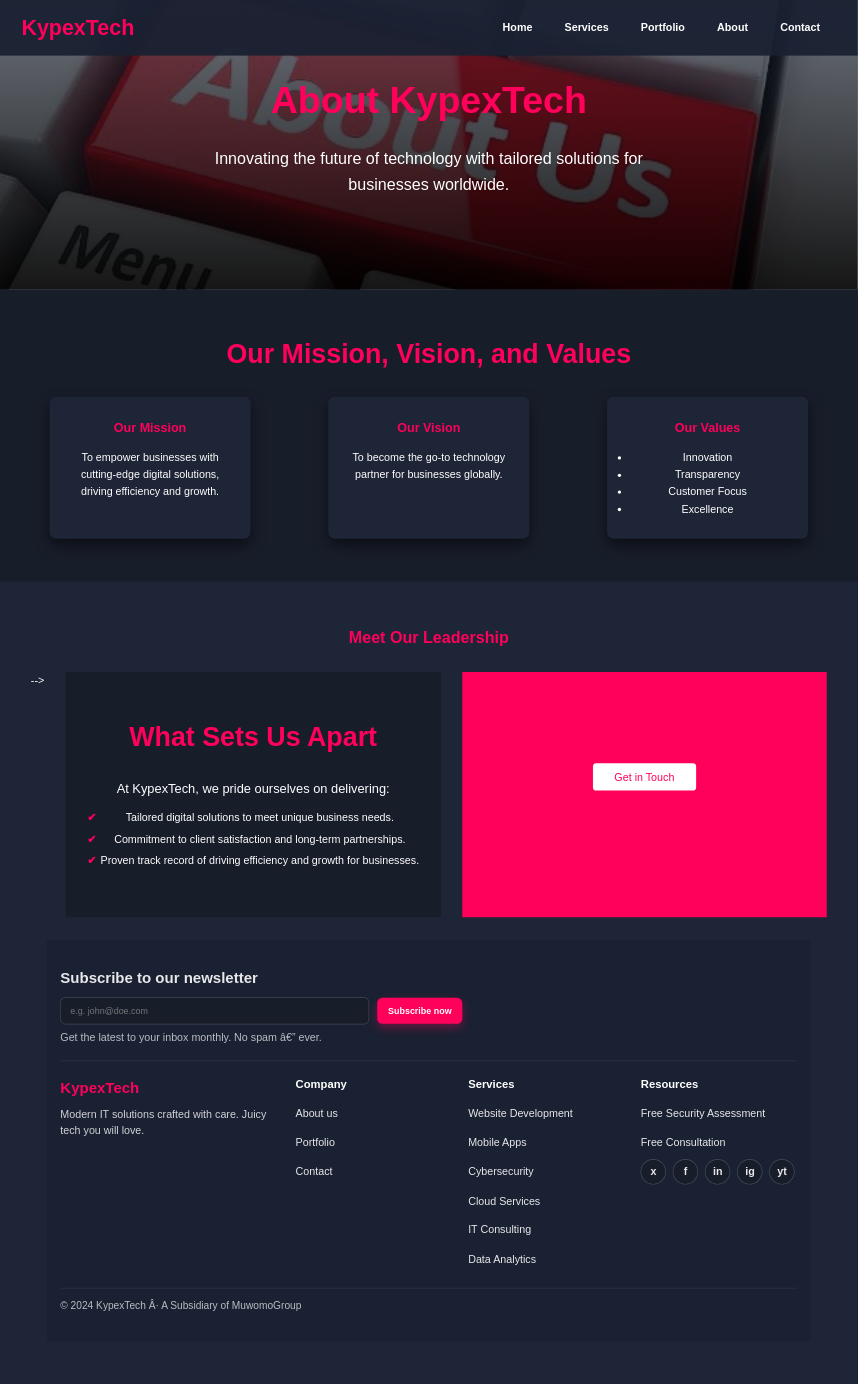
Repository: muwomotapiwa/KypexTechSolutions
Page: about.html
These files come from the project's save history. The page is drawn as it stood at one moment and after a run of saves; the edit follows.
The browser window is 1280 px wide. The pictures show the whole page, at 67% of full size.

Above is the page before, as saved 2025-09-03 22:58:04.

### about.html
<!DOCTYPE html>
<html lang="en">
<head>
    <meta http-equiv="Content-Security-Policy" content="default-src 'self'; script-src 'self' 'unsafe-inline' https://www.googletagmanager.com https://www.google-analytics.com; style-src 'self' 'unsafe-inline'; img-src 'self' data: https:; connect-src 'self' https://api.web3forms.com https://www.google-analytics.com https://ipwho.is; form-action https://api.web3forms.com; frame-src 'self' https://api.web3forms.com; frame-ancestors 'none'; base-uri 'self'; upgrade-insecure-requests">
    <meta name="referrer" content="strict-origin-when-cross-origin">
    <meta charset="UTF-8">
    <meta name="viewport" content="width=device-width, initial-scale=1.0">
    <title>About Us | KypexTech</title>
    <link rel="stylesheet" href="css/style.css">
    <link rel="stylesheet" href="css/about.css"> <!-- Page-Specific CSS -->
</head>
<body>
    <!-- Header -->
    <header>
        <div class="logo">KypexTech</div>
        <nav>
            <ul>
                <li><a href="index.html">Home</a></li>
                <li><a href="index.html#services">Services</a></li>
                <li><a href="portfolio.html">Portfolio</a></li>
                <li><a href="about.html">About</a></li>
                <li><a href="contact.html">Contact</a></li>
            </ul>
        </nav>
        <div class="menu-icon" id="menuIcon"></div>
        <div class="mobile-nav" id="mobileNav">
            <a href="index.html">Home</a>
            <a href="index.html#services">Services</a>
            <a href="portfolio.html">Portfolio</a>
            <a href="about.html">About</a>
            <a href="contact.html">Contact</a>
        </div>
    </header>


    <!-- Hero Section -->
    <section class="hero">
        <h1>About KypexTech</h1>
        <p>Innovating the future of technology with tailored solutions for businesses worldwide.</p>
    </section>

    <!-- Mission, Vision, and Values -->
    <section class="mission">
        <h2>Our Mission, Vision, and Values</h2>
        <div class="content">
            <div class="box">
                <h3>Our Mission</h3>
                <p>To empower businesses with cutting-edge digital solutions, driving efficiency and growth.</p>
            </div>
            <div class="box">
                <h3>Our Vision</h3>
                <p>To become the go-to technology partner for businesses globally.</p>
            </div>
            <div class="box">
                <h3>Our Values</h3>
                <ul>
                    <li>Innovation</li>
                    <li>Transparency</li>
                    <li>Customer Focus</li>
                    <li>Excellence</li>
                </ul>
            </div>
        </div>
    </section>

<!-- BEGIN HIDDEN leadership team
    <!-- Leadership Team -->
    <section class="team">
        <h2>Meet Our Leadership</h2>
        <div class="team-grid">-->
            <!-- CEO -->
            <!--<div class="team-member">
                <img src="assets/tapiwa.jpeg" alt="Tapiwa Mathew Muwomo">
                <h3>Mathew Muwomo</h3>
                <p><strong>Founder & CEO</strong></p>
                <p>
                    Mathew holds an Honours Degree in Economics and has nearly five years of experience in IT solutions.
                    With half a decade of expertise in Economics and Business, he brings a blend of analytical and technical prowess to lead KypexTech.
                </p>
            </div>-->
            <!-- Director -->
            <!--<div class="team-member">
                <img src="assets/bianca.jpeg" alt="Bianca Muwomo">
                <h3>Bianca Charuma</h3>
                <p><strong>Director, Human Resources | MBA, BSc (Hons) HR</strong></p>
                <p>
                    Bianca holds an MBA and a Bachelor of Science Honours Degree in Human Resources. With over six years of experience,
                    she brings strategic HR expertise to drive workforce efficiency and organizational success at KypexTech.
                </p>
            </div>
        </div>
    </section> -->
<!-- END HIDDEN leadership team -->

    <!-- Why Choose Us -->
    <section class="why-us">
        <h2>What Sets Us Apart</h2>
        <p>At KypexTech, we pride ourselves on delivering:</p>
        <ul>
            <li>Tailored digital solutions to meet unique business needs.</li>
            <li>Commitment to client satisfaction and long-term partnerships.</li>
            <li>Proven track record of driving efficiency and growth for businesses.</li>
        </ul>
    </section>

    <!-- Call-to-Action -->
    <section class="cta">
        <h2>Want to Partner With Us?</h2>
        <a href="contact.html" class="cta-button">Get in Touch</a>
    </section>

    <!-- Footer -->
    <footer class="site-footer">
        <section class="footer-newsletter" aria-label="Newsletter">
            <h3>Subscribe to our newsletter</h3>
            <form class="newsletter-form" action="https://api.web3forms.com/submit" method="POST">
                <input type="hidden" name="access_key" value="af31cdca-fdb5-4fd7-81bd-762838f8e47f">
                <input type="hidden" name="subject" value="Newsletter Signup - KypexTech">
                <input type="hidden" name="page" value="about.html">
                <input type="hidden" name="form" value="Newsletter">
                <input type="hidden" name="redirect" value="https://www.kypextech.co.za/newsletter-thank-you.html">
                <input type="checkbox" name="botcheck" class="hidden" style="display:none;">
                <label for="newsletter-email-about" class="sr-only">Email address</label>
                <input id="newsletter-email-about" type="email" name="email" placeholder="e.g. john@doe.com" required>
                <button type="submit" class="btn-subscribe">Subscribe now</button>
            </form>
            <p class="note">Get the latest to your inbox monthly. No spam â€” ever.</p>
        </section>
        <hr class="footer-sep">
        <section class="footer-columns">
            <div class="footer-brand col">
                <div class="footer-logo">KypexTech</div>
                <p>Modern IT solutions crafted with care. Juicy tech you will love.</p>
            </div>
            <nav class="col" aria-label="Company">
                <h4>Company</h4>
                <ul class="footer-list">
                    <li><a href="about.html">About us</a></li>
                    <li><a href="portfolio.html">Portfolio</a></li>
                    <li><a href="contact.html">Contact</a></li>
                </ul>
            </nav>
            <nav class="col" aria-label="Services">
                <h4>Services</h4>
                <ul class="footer-list">
                    <li><a href="website-development.html">Website Development</a></li>
                    <li><a href="mobile-app-development.html">Mobile Apps</a></li>
                    <li><a href="cybersecurity.html">Cybersecurity</a></li>
                    <li><a href="cloud-services.html">Cloud Services</a></li>
                    <li><a href="it-consulting.html">IT Consulting</a></li>
                    <li><a href="data-analytics.html">Data Analytics</a></li>
                </ul>
            </nav>
            <nav class="col" aria-label="Resources">
                <h4>Resources</h4>
                <ul class="footer-list">
                    <li><a href="assessment.html">Free Security Assessment</a></li>
                    <li><a href="consultation.html">Free Consultation</a></li>
                </ul>
                <div class="social-row" aria-label="Social links">
                    <a href="#" class="social-btn" aria-label="X">x</a>
                    <a href="#" class="social-btn" aria-label="Facebook">f</a>
                    <a href="#" class="social-btn" aria-label="LinkedIn">in</a>
                    <a href="#" class="social-btn" aria-label="Instagram">ig</a>
                    <a href="#" class="social-btn" aria-label="YouTube">yt</a>
                </div>
            </nav>
        </section>
        <div class="footer-bottom">
            <p>&copy; 2024 KypexTech Â· A Subsidiary of MuwomoGroup</p>
        </div>
    </footer>

    <script src="js/form-redirect.js"></script>
    <script src="js/script.js"></script>
</body>
</html>

### css/style.css
/* General Reset */
* {
    margin: 0;
    padding: 0;
    box-sizing: border-box;
    font-family: Arial, sans-serif;
}

body {
    background-color: #1a2132;
    color: #fff;
    line-height: 1.6;
    overflow-x: hidden;
}

a {
    text-decoration: none;
    color: #ff015b;
    transition: color 0.3s ease;
}

a:hover {
    color: #d10048;
}

/* Visually hidden (for accessible labels) */
.sr-only{ position:absolute; width:1px; height:1px; padding:0; margin:-1px; overflow:hidden; clip:rect(0,0,0,0); white-space:nowrap; border:0; }

/* Header */
header {
    position: fixed;
    top: 0;
    width: 100%;
    background-color: rgba(26, 33, 50, 0.95);
    padding: 1rem 2rem;
    display: flex;
    justify-content: space-between;
    align-items: center;
    z-index: 1000;
}

.logo {
    font-size: 2rem;
    font-weight: bold;
    color: #ff015b;
}

nav ul {
    list-style: none;
    display: flex;
}

nav ul li {
    margin: 0 1.5rem;
}

nav ul li a {
    color: #fff;
    font-weight: bold;
}

/* Mobile Menu */
.menu-icon {
    display: none;
    font-size: 2rem;
    color: #ff015b;
    cursor: pointer;
}

.menu-icon::before {
    content: '\2630';
    display: inline-block;
    transition: transform 0.3s;
}

.menu-icon.active::before {
    transform: rotate(90deg);
}

.mobile-nav {
    display: none;
    position: absolute;
    top: 100%;
    right: 0;
    background: #181d2a;
    width: 100%;
    text-align: center;
}

.mobile-nav.active {
    display: block;
}

.mobile-nav a {
    display: block;
    margin: 1rem 0;
    color: #ff015b;
    font-size: 1.2rem;
    font-weight: bold;
}

/* Hero Section */
.hero {
    background: linear-gradient(rgba(26, 33, 50, 0.7), rgba(0, 0, 0, 0.9)), url('../assets/Kypex_enhanced.jpeg');
    background-size: cover;
    background-position: center;
    height: 100vh;
    display: flex;
    justify-content: center;
    align-items: center;
    flex-direction: column;
    text-align: center;
}

.hero h1 {
    font-size: 4rem;
    margin-bottom: 1rem;
    color: #ff015b;
}

.hero p {
    font-size: 1.5rem;
    margin-bottom: 2rem;
    max-width: 700px;
}

.hero a {
    display: inline-block;
    background: #ff015b;
    color: #fff;
    padding: 0.75rem 2rem;
    border-radius: 5px;
    font-weight: bold;
    box-shadow: 0 5px 15px rgba(255, 1, 91, 0.5);
    transition: transform 0.3s ease, background 0.3s;
}

.hero a:hover {
    background: #d10048;
    transform: scale(1.05);
}

/* Services Section */
.services {
    padding: 6rem 2rem;
    background: #181d2a;
    text-align: center;
}

.services h2 {
    font-size: 3rem;
    margin-bottom: 3rem;
    color: #ff015b;
}

.service-grid {
    display: grid;
    grid-template-columns: repeat(3, 1fr);
    gap: 2rem;
}

.service-box {
    background: #1e2536;
    padding: 2rem;
    border-radius: 10px;
    box-shadow: 0 10px 20px rgba(0, 0, 0, 0.5);
    transition: transform 0.3s ease;
}

.service-box h3 {
    color: #ff015b;
    font-size: 1.8rem;
    margin-bottom: 1rem;
}

.service-box p {
    font-size: 1rem;
    color: #fff; /* Default text color */
    transition: color 0.3s ease; /* Smooth hover effect */
}

.service-box:hover {
    transform: translateY(-10px);
}

.service-box:hover p {
    color: #ff015b; /* Text turns red on hover */
}

/* Footer */
footer {
    background: #1a2132;
    color: #fff;
    text-align: center;
    padding: 2rem 0;
}

.footer-links a {
    margin: 0 1rem;
    color: #ff015b;
    font-size: 1.2rem;
}

/* Responsive */
@media (max-width: 768px) {
    nav ul {
        display: none;
    }

    .menu-icon {
        display: block;
    }

    .service-grid {
        grid-template-columns: 1fr;
    }
}

@media (max-width: 480px) {
    .hero h1 {
        font-size: 3rem;
    }

    .hero p {
        font-size: 1.2rem;
    }
}

/* Footer 2.0 (site-wide) */
.site-footer {
  background: #1a2132;
  color: #e8e8ea;
  padding: 40px 20px;
  border-top: 1px solid rgba(255,255,255,0.08);
  text-align: left;
}
.site-footer a { color: #e8e8ea; }
.site-footer a:hover { color: #ff015b; }

.footer-newsletter { max-width: 1100px; margin: 0 auto 22px; }
.footer-newsletter h3 { font-size: 1.4rem; margin-bottom: 10px; }
.footer-newsletter .newsletter-form {
  display: flex;
  gap: 12px;
  align-items: center;
  max-width: 600px;
}
.footer-newsletter input[type="email"]{
  flex: 1;
  padding: 12px 14px;
  background: #181d2a;
  border: 1px solid rgba(255,255,255,0.18);
  border-radius: 8px;
  color: #fff;
}
.footer-newsletter .btn-subscribe{
  padding: 12px 16px;
  background: #ff015b;
  border: none;
  color: #fff;
  border-radius: 8px;
  font-weight: 700;
  cursor: pointer;
  box-shadow: 0 6px 14px rgba(255, 1, 91, 0.35);
}
.footer-newsletter .btn-subscribe:hover{ background:#d10048; }
.footer-newsletter .note{ color: rgba(255,255,255,0.7); margin-top: 6px; }

.footer-sep{ border: none; border-top:1px solid rgba(255,255,255,0.08); margin: 22px 0; }

.footer-columns{
  max-width: 1100px;
  margin: 0 auto;
  display: grid;
  grid-template-columns: 1.4fr 1fr 1fr 1fr;
  gap: 24px;
}
.footer-columns h4{ font-size:1.05rem; margin-bottom: 10px; color:#fff; font-weight:700; }
.footer-brand .footer-logo{ font-size: 1.4rem; font-weight: 800; color:#ff015b; margin-bottom:8px; }
.footer-brand p{ color: rgba(255,255,255,0.8); }

.footer-list{ list-style:none; padding:0; margin: 8px 0 0; }
.footer-list li{ margin: 6px 0; }
.site-footer nav ul.footer-list{ display: flex; flex-direction: column; gap: 6px; }
.footer-list a{ font-weight: 400; }

.social-row{ display:flex; gap:10px; flex-wrap: nowrap; margin-top: 6px; }
.social-btn{
  display:inline-flex; align-items:center; justify-content:center;
  width: 38px; height: 38px; border-radius: 50%;
  background:#181d2a; color:#fff;
  border:1px solid rgba(255,255,255,0.2);
  font-weight:700; text-transform: lowercase;
}
.social-btn:hover{ color:#ff015b; border-color:#ff015b; box-shadow:0 0 0 3px rgba(255, 1, 91, 0.2); }

.footer-bottom{
  max-width: 1100px;
  margin: 24px auto 0;
  padding-top: 14px;
  border-top: 1px solid rgba(255,255,255,0.08);
  display:flex; align-items:center; justify-content: space-between;
  color: rgba(255,255,255,0.7);
  font-size: 0.95rem;
}

@media (max-width: 900px){
  .footer-columns{ grid-template-columns: 1fr 1fr; }
}
@media (max-width: 600px){
  .footer-newsletter .newsletter-form{ flex-direction: column; align-items: stretch; }
  .footer-columns{ grid-template-columns: 1fr; }
  .footer-bottom{ flex-direction: column; gap: 8px; text-align: center; }
}

### css/about.css
/* Hero Section */
.hero {
    background: linear-gradient(rgba(26, 33, 50, 0.6), rgba(0, 0, 0, 0.9)), url('../assets/about_background.jpeg');
    background-size: cover;
    background-position: center;
    height: 60vh;
    display: flex;
    justify-content: center;
    align-items: center;
    flex-direction: column;
    text-align: center;
}

.hero h1 {
    font-size: 3.5rem;
    color: #ff015b;
}

.hero p {
    font-size: 1.5rem;
    margin-top: 0.5rem;
}

/* Mission Section */
.mission {
    padding: 4rem 2rem;
    text-align: center;
    background: #181d2a;
}

.mission h2 {
    color: #ff015b;
    font-size: 2.5rem;
    margin-bottom: 2rem;
}

.mission .content {
    display: flex;
    justify-content: space-around;
    gap: 2rem;
    flex-wrap: wrap; /* Ensure proper alignment on smaller screens */
}

.mission .box {
    background: #1e2536;
    padding: 2rem;
    border-radius: 10px;
    flex: 1;
    max-width: 300px; /* Ensure consistent box size */
    box-shadow: 0 10px 20px rgba(0, 0, 0, 0.5);
}

.mission .box h3 {
    color: #ff015b;
    margin-bottom: 1rem;
}

.mission .box p, .mission .box ul {
    font-size: 1rem;
    line-height: 1.6;
}

/* Why Choose Us Section */
.why-us {
    padding: 4rem 2rem;
    text-align: center;
    background: #181d2a;
}

.why-us h2 {
    color: #ff015b;
    font-size: 2.5rem;
    margin-bottom: 2rem;
}

.why-us p {
    font-size: 1.2rem;
    margin-bottom: 1rem;
}

.why-us ul {
    list-style: none;
    padding: 0;
}

.why-us ul li {
    font-size: 1rem;
    margin-bottom: 0.5rem;
    line-height: 1.5;
    position: relative;
    padding-left: 20px;
}

.why-us ul li::before {
    content: '✔'; /* Add a checkmark */
    color: #ff015b;
    font-weight: bold;
    position: absolute;
    left: 0;
    top: 0;
}

/* CTA Section */
.cta {
    background: #ff015b;
    color: #fff;
    text-align: center;
    padding: 3rem 2rem;
}

.cta h2 {
    font-size: 2.5rem;
    margin-bottom: 1rem;
}

.cta-button {
    background: #fff;
    color: #ff015b;
    padding: 0.75rem 2rem;
    border-radius: 5px;
    text-decoration: none;
    transition: background 0.3s, color 0.3s;
}

.cta-button:hover {
    background: #d10048;
    color: #fff;
}

/* Team Section */
.team {
    padding: 4rem 2rem;
    text-align: center;
    background: #1e2536;
}

.team h2 {
    color: #ff015b;
    margin-bottom: 2rem;
}

.team-grid {
    display: flex;
    justify-content: center;
    gap: 2rem;
    flex-wrap: wrap;
}

.team-member {
    text-align: center;
    background: #181d2a;
    padding: 2rem;
    border-radius: 10px;
    box-shadow: 0 10px 20px rgba(0, 0, 0, 0.5);
    max-width: 300px;
}

.team-member img {
    width: 150px;
    height: 150px;
    object-fit: cover;
    border-radius: 50%;
    margin-bottom: 1rem;
}

/* Responsive Design */
@media (max-width: 768px) {
    .mission .content {
        flex-direction: column;
        align-items: center;
    }

    .team-grid {
        flex-direction: column;
        align-items: center;
    }
}

### js/script.js
const menuIcon = document.getElementById('menuIcon');
const mobileNav = document.getElementById('mobileNav');

// Toggle menu on click
menuIcon.addEventListener('click', () => {
    mobileNav.classList.toggle('active');
    menuIcon.classList.toggle('active');
});

// Close menu when a link is clicked
const menuLinks = document.querySelectorAll('.mobile-nav a');
menuLinks.forEach(link => {
    link.addEventListener('click', () => {
        mobileNav.classList.remove('active');
        menuIcon.classList.remove('active');
    });
});

// Close menu when clicking outside
document.addEventListener('click', (e) => {
    if (!menuIcon.contains(e.target) && !mobileNav.contains(e.target)) {
        mobileNav.classList.remove('active');
        menuIcon.classList.remove('active');
    }
});

// Prefetch visitor country before navigating to website-development page
(function prefetchGeoOnNav(){
  try {
    document.addEventListener('click', function (e) {
      const a = e.target && e.target.closest && e.target.closest('a[href$="website-development.html"]');
      if (!a) return;
      if (sessionStorage.getItem('geo_cc')) return; // already cached

      e.preventDefault();
      const href = a.href || 'website-development.html';
      const map = { ZA:'South Africa', ZW:'Zimbabwe', ZM:'Zambia', BW:'Botswana' };

      const fetchGeo = fetch('https://ipwho.is/?fields=success,country_code,country')
        .then(r => r.ok ? r.json() : null)
        .then(d => {
          if (d && d.success !== false) {
            const cc = String(d.country_code || '').toUpperCase();
            sessionStorage.setItem('geo_cc', cc);
            sessionStorage.setItem('geo_name', map[cc] || 'Other');
          }
        })
        .catch(() => {});

      const timeout = new Promise(res => setTimeout(res, 500));
      Promise.race([fetchGeo, timeout]).finally(() => {
        try {
          const u = new URL(href, window.location.href);
          const cc = (sessionStorage.getItem('geo_cc') || '').toUpperCase();
          const cn = sessionStorage.getItem('geo_name') || '';
          if (cc || cn) {
            if (cc) u.searchParams.set('cc', cc);
            if (cn) u.searchParams.set('cn', cn);
          }
          window.location.href = u.toString();
        } catch (_) {
          window.location.href = href;
        }
      });
    }, { capture: true });
  } catch (_) { /* ignore */ }
})();

Loaded but not shown: js/form-redirect.js (100 lines, source omitted)

After the next 2 saves:
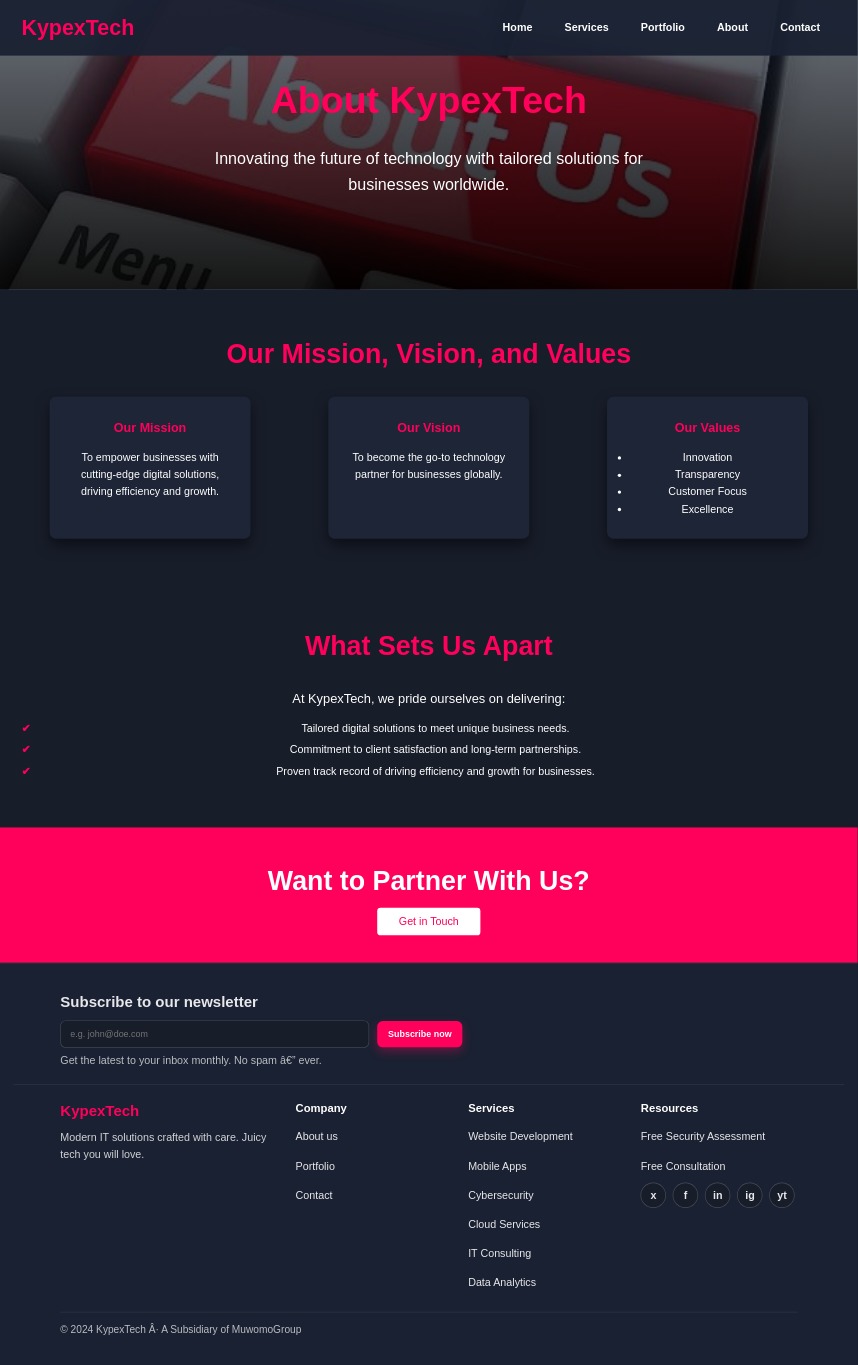
The 2 saves are shown as one change because they came seconds apart.
The last was saved 9 s later.
--- a/about.html
+++ b/about.html
@@ -65,7 +65,7 @@
 
 <!-- BEGIN HIDDEN leadership team
     <!-- Leadership Team -->
-    <section class="team">
+    <!--<section class="team">
         <h2>Meet Our Leadership</h2>
         <div class="team-grid">-->
             <!-- CEO -->
